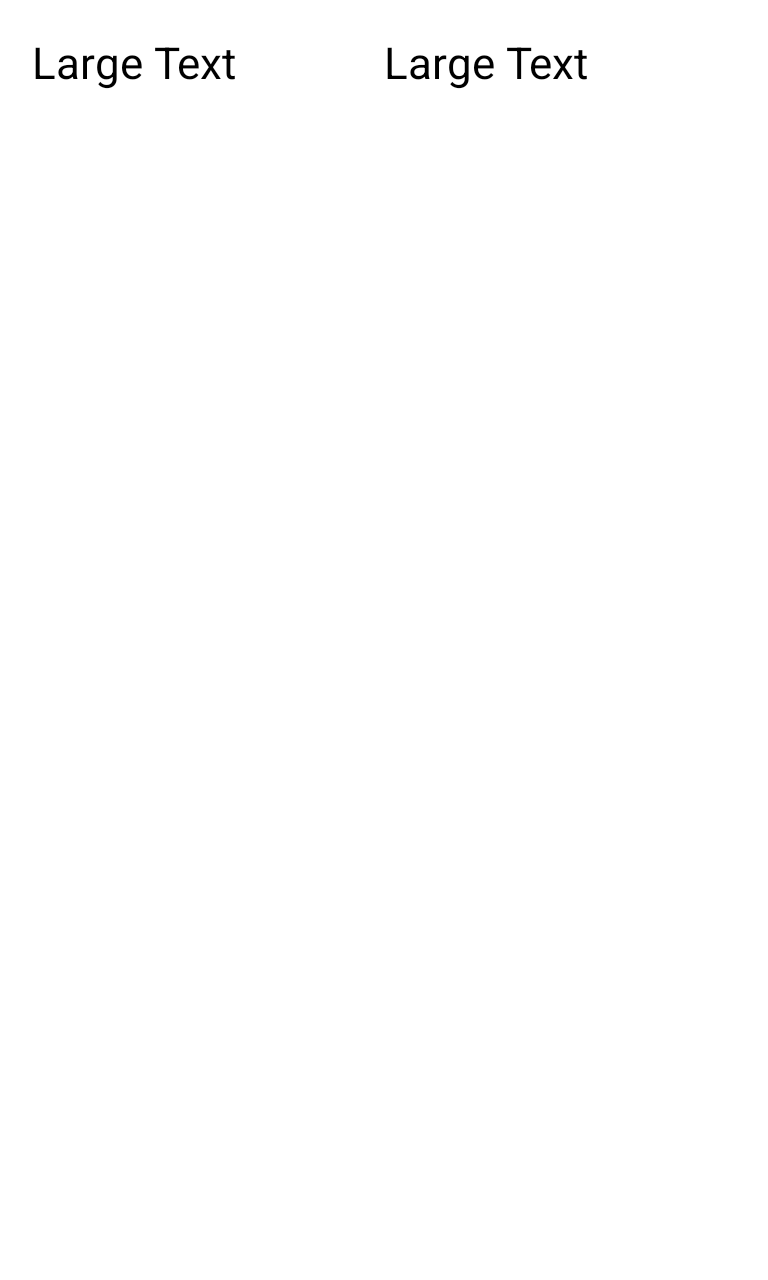
Repository: Sharkeysps/AndroidProjects
Layout: AndroidQuiz/Quiz/res/layout/activity_edit_question.xml
These files come from the project's save history. The layout is drawn as it stood at one moment and after the next save; the edit follows.
It is drawn on a 768 x 1280 px phone screen (xhdpi) without system bars, with theme AppTheme; the app's code is not run.

Above is the layout before, as saved 2014-01-31 23:17:39.

After the next save:
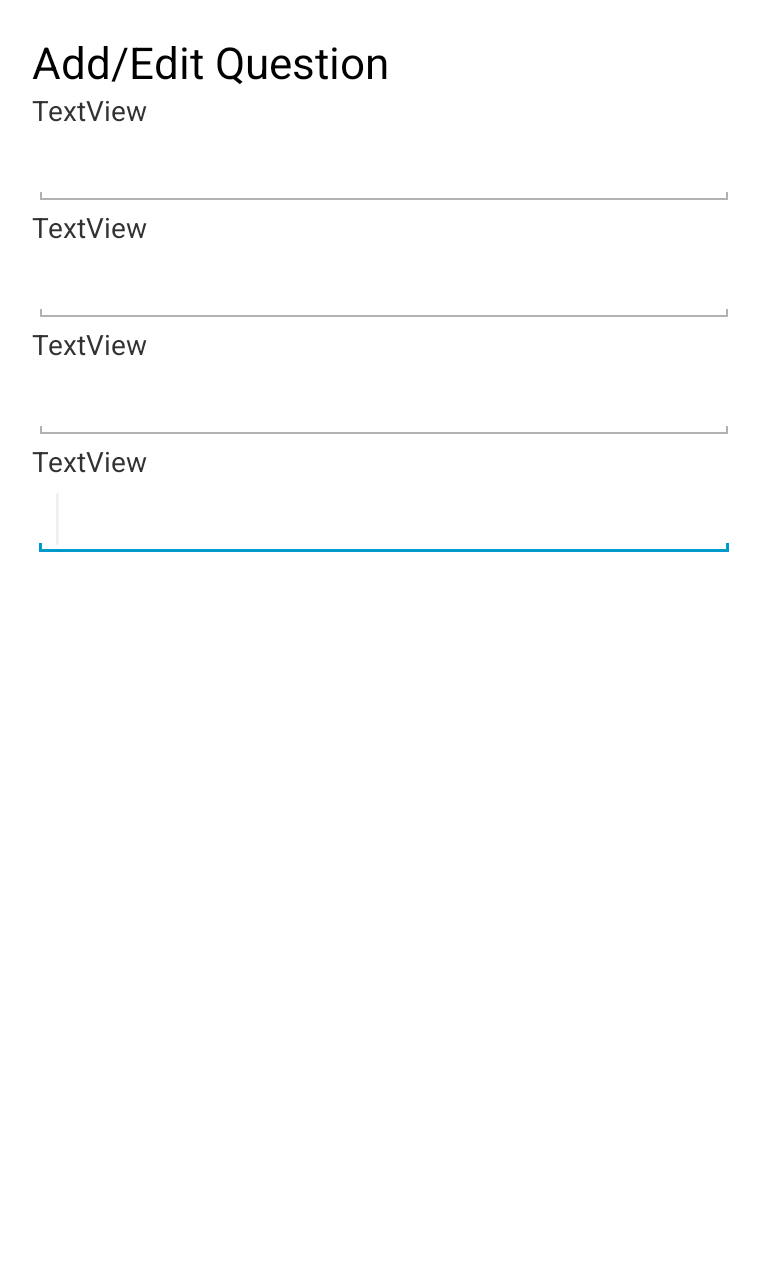
Saved 2 min 12 s later.
--- a/AndroidQuiz/Quiz/res/layout/activity_edit_question.xml
+++ b/AndroidQuiz/Quiz/res/layout/activity_edit_question.xml
@@ -8,20 +8,82 @@
     android:paddingTop="@dimen/activity_vertical_margin"
     tools:context=".EditQuestion" >
 
-    <TextView
-        android:id="@+id/textView1"
+    <LinearLayout
         android:layout_width="wrap_content"
-        android:layout_height="wrap_content"
-        android:layout_weight="0.58"
-        android:text="Large Text"
-        android:textAppearance="?android:attr/textAppearanceLarge" />
+        android:layout_height="match_parent"
+        android:layout_weight="0.90"
+        android:orientation="vertical" >
 
-     <TextView
-        android:id="@+id/textView1"
-        android:layout_width="wrap_content"
-        android:layout_height="wrap_content"
-        android:layout_weight="0.58"
-        android:text="Large Text"
-        android:textAppearance="?android:attr/textAppearanceLarge" />
+        <TextView
+            android:id="@+id/textView1"
+            android:layout_width="wrap_content"
+            android:layout_height="wrap_content"
+            android:text="Add/Edit Question"
+            android:textAppearance="?android:attr/textAppearanceLarge" />
+
+        <TextView
+            android:id="@+id/textView2"
+            android:layout_width="wrap_content"
+            android:layout_height="wrap_content"
+            android:text="TextView" />
+
+        <EditText
+            android:id="@+id/editText1"
+            android:layout_width="match_parent"
+            android:layout_height="wrap_content"
+            android:ems="10" >
+
+            <requestFocus />
+        </EditText>
+
+
+        <TextView
+            android:id="@+id/textView2"
+            android:layout_width="wrap_content"
+            android:layout_height="wrap_content"
+            android:text="TextView" />
+
+        <EditText
+            android:id="@+id/editText1"
+            android:layout_width="match_parent"
+            android:layout_height="wrap_content"
+            android:ems="10" >
+
+            <requestFocus />
+        </EditText>
+
+
+        <TextView
+            android:id="@+id/textView2"
+            android:layout_width="wrap_content"
+            android:layout_height="wrap_content"
+            android:text="TextView" />
+
+        <EditText
+            android:id="@+id/editText1"
+            android:layout_width="match_parent"
+            android:layout_height="wrap_content"
+            android:ems="10" >
+
+            <requestFocus />
+        </EditText>
+
+
+        <TextView
+            android:id="@+id/textView2"
+            android:layout_width="wrap_content"
+            android:layout_height="wrap_content"
+            android:text="TextView" />
+
+        <EditText
+            android:id="@+id/editText1"
+            android:layout_width="match_parent"
+            android:layout_height="wrap_content"
+            android:ems="10" >
+
+            <requestFocus />
+        </EditText>
+
+    </LinearLayout>
 
 </LinearLayout>
